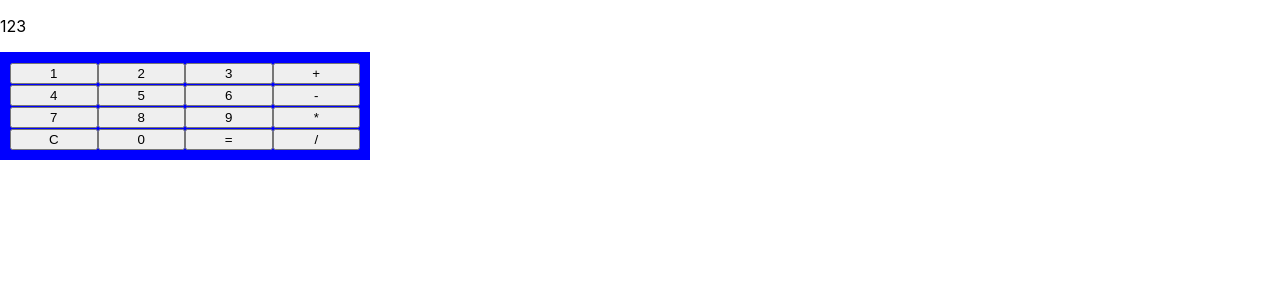
Repository: qudos4real/calculator
Page: /
The author's editor kept a copy of each file at every save. The page is drawn from the files as they stood at one save, then again after a run of saves.
The browser window is 1280 px wide. The pictures show the whole page.
The project was rebuilt for these pictures with package versions that can differ from the ones it lists, and the page was loaded fresh each time.

Above is the page before, as saved 2022-10-09 02:27:13.

After the next 4 saves:
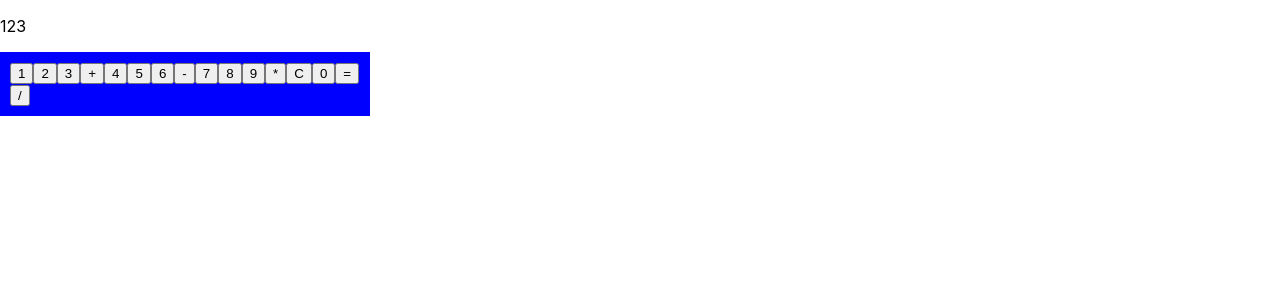
The 4 saves are shown as one change because 3 did not build or start.
The last was saved 8 min 17 s later.
--- a/src/components/Buttons.js
+++ b/src/components/Buttons.js
@@ -10,17 +10,17 @@
 
 
 
-function Buttons({value, onClick}) {
+function Buttons({ value, onClick }) {
   return (
     <div className="buttonWrapper">
       {numbers.flat().map((num) => {
         return (
-          <button key={num} value={num} className="num" onClick={() => {
-            console.log("Hello")}} >{num}</button>
+          <button>
+            {num}
+          </button>
         )
-      })
-      }
-            {/* {numbers.map((num) => {
+      })}
+{/* {numbers.map((num) => {
                 return (
                     <button key={num} className="num" value={num} onClick={() => {
                         console.log(`${num} clicked`)
@@ -28,7 +28,7 @@
                     } >{num}</button>
                 )
             })} */}
-    </div>
+    </div >
   );
 }
 

After the save that followed:
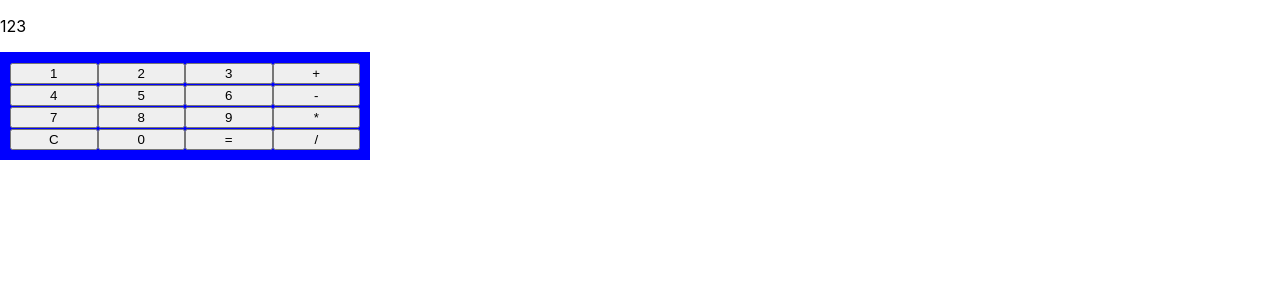
Saved 12 s later.
--- a/src/components/Buttons.js
+++ b/src/components/Buttons.js
@@ -15,7 +15,7 @@
     <div className="buttonWrapper">
       {numbers.flat().map((num) => {
         return (
-          <button>
+          <button className="num">
             {num}
           </button>
         )
